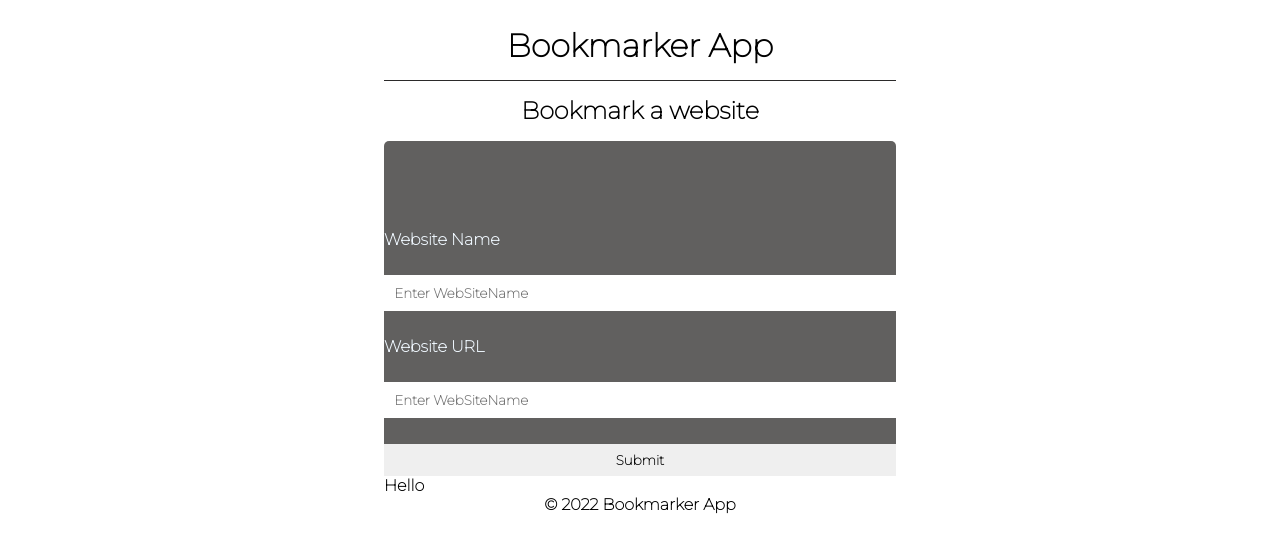
Repository: Suporl9/BookMarkerApp
Page: index.html
These files come from the project's save history. The page is drawn as it stood at one moment and after the next save; the edit follows.
The browser window is 1280 px wide. The pictures show the whole page.

Above is the page before, as saved 2021-11-21 21:19:22.

After the next save:
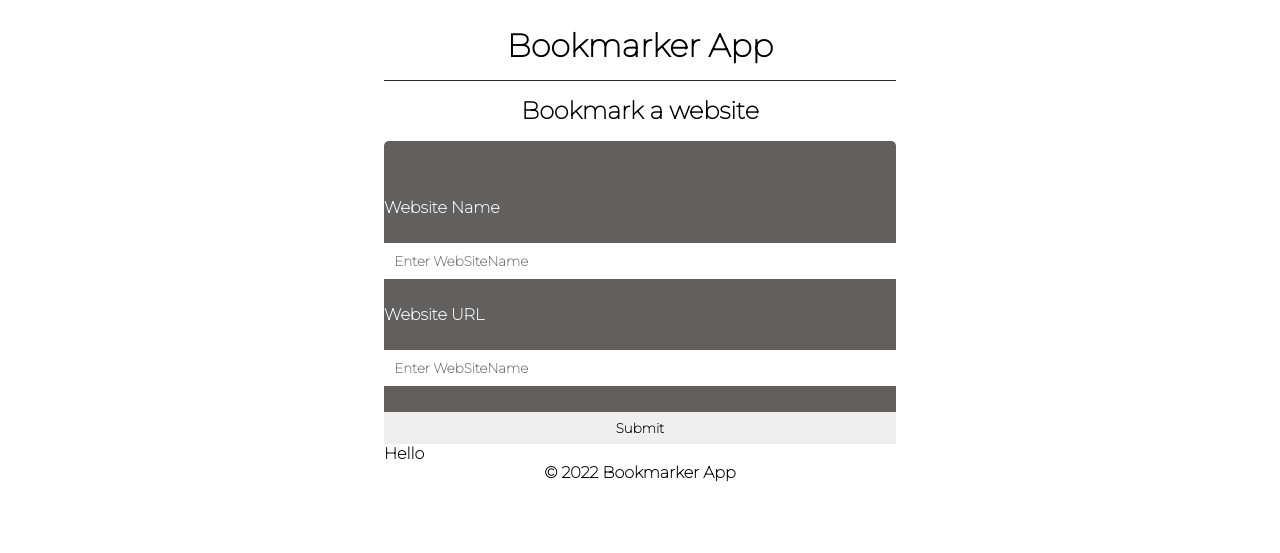
Saved 4 s later.
--- a/style.css
+++ b/style.css
@@ -66,7 +66,7 @@ body {
   display: flex;
   flex-direction: column;
   background-color: var(--main-grey);
-  padding-top: 4rem;
+  padding-top: 2rem;
   border-radius: 5px;
   color: aliceblue;
 }
